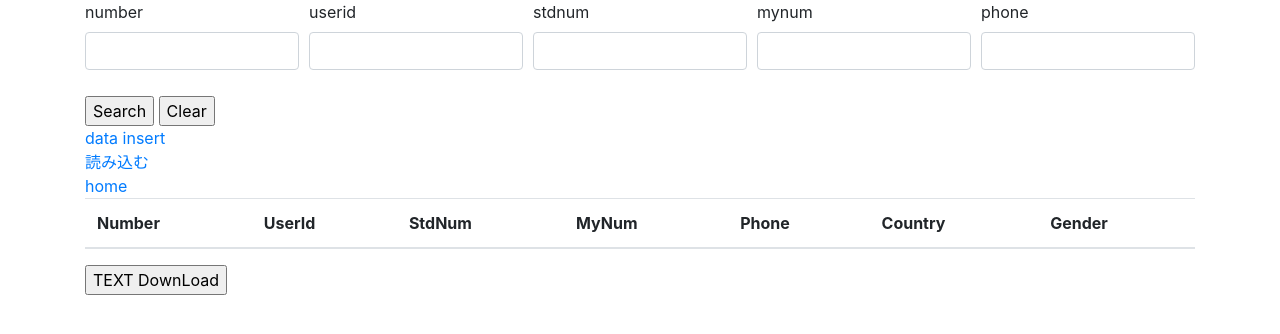
Repository: ken1087/practice
Page: http://localhost/pratice/WEB-INF/views/search.jsp
The author's editor kept a copy of each file at every save. The page is drawn from the files as they stood at one save, then again after the next save.
The browser window is 1280 px wide. The pictures show the whole page.
The page is served by Tomcat 9. Nobody is signed in. Other server files are loaded and not shown. The template is opened directly, without the code that normally fills it, so the values that code supplies are empty.

Above is the page before, as saved 2019-09-11 07:09:40.

### pratice/src/main/webapp/WEB-INF/views/search.jsp
<%@ page language="java" contentType="text/html; charset=UTF-8"
    pageEncoding="UTF-8"%>
<%@ taglib prefix="c" uri="http://java.sun.com/jsp/jstl/core" %>
<!DOCTYPE html>
<html lang="en">
<head>
    <meta charset="UTF-8">
    <title>kang homework</title>
    <link rel="stylesheet" href="https://maxcdn.bootstrapcdn.com/bootstrap/4.3.1/css/bootstrap.min.css">
    <script src="https://ajax.googleapis.com/ajax/libs/jquery/3.4.1/jquery.min.js"></script>
    <script src="https://cdnjs.cloudflare.com/ajax/libs/popper.js/1.14.7/umd/popper.min.js"></script>
    <script src="https://maxcdn.bootstrapcdn.com/bootstrap/4.3.1/js/bootstrap.min.js"></script>
    <style>
    	.search_box{
    		display: grid;
    		grid-template-columns: 1fr 1fr 1fr 1fr 1fr;
    		grid-gap: 10px;
    	}
    </style>
</head>
<body>

    <div class="container">
        <form action="/search" method="GET" autocomplete='off'>
            <div class="search_box">
            	<!---------------------------------------Primary Key 入力欄--------------------------------------->
                	<div class="form-group">
                		<label for="num">number</label>
                    	<input type="text" name="num" autocomplete="off" value="${num}" id="num" class="form-control">
                	</div>
                	<div class="form-group">
                		<label for="userid">userid</label>
                		<input type="text" name="userid" autocomplete="off" value="${userid}" id="userid" class="form-control">
                	</div>
                	<div class="form-group">
                		<label for="stdnum">stdnum</label>
                		<input type="text" name="stdnum" autocomplete="off" value="${stdnum}" id="stdnum" class="form-control">
                	</div>
                	<div class="form-group">
                		<label for="mynum">mynum</label>
                		<input type="text" name="mynum" autocomplete="off" value="${mynum}" id="mynum" class="form-control">
                	</div>
                	<div class="form-group">
                		<label for="phone">phone</label>
                		<input type="text" name="phone"  autocomplete="off" value="${phone}" id="phone" class="form-control">
                	</div>
              <div>
                    <input type="submit" value="Search">
                <!---------------------------------------Primary Key 入力欄--------------------------------------->

                    <input type="button" value="Clear" class="clear">


                </div>
                <script>
                	var num 		= 		document.querySelector("#num");
                	var userid 	= 		document.querySelector("#userid");
                	var stdnum 	= 		document.querySelector("#stdnum");
                	var mynum 	= 		document.querySelector("#mynum");
                	var phone 	= 		document.querySelector("#phone");

					$(".clear").click(function(){
						num.value 		= 		"";
						userid.value 		= 		"";
						stdnum.value	= 		"";
						mynum.value	= 		"";
						phone.value		= 		"";
					})
                </script>
            </div>
         	<div>
                <a href="/insert">data insert</a>	<!-- 15項目のデータを入力するページ移動  -->
            </div>
            <div>
                <a href="/read">読み込む</a>	 		<!-----　読み込む ------>
            </div>
            <div class="">
                <a href="/homework">home</a>	<!--http://localhost:8000/homework -->
            </div>
        </form>
        <table class="table">
            <thead>
                <tr>
                	<!--Primary　Keyの項目5個  -->
                    <th>Number</th>
                    <th>UserId</th>
                    <th>StdNum</th>
                    <th>MyNum</th>
                    <th>Phone</th>

					<!--項目2個追加表示  -->
                    <th>Country</th>
                    <th>Gender</th>
                </tr>
            </thead>
            <tbody>
            	<c:forEach  var="item" items="${search}">	<!-- 		Modelに格納したデータ（users） 		-->
            		<tr>
            			<!--Primary　Keyの項目5個  -->
                   		<td>${item.num}</td>
                   		<td>${item.userid}</td>
                   		<td>${item.stdnum}</td>
                   		<td>${item.mynum}</td>
                   		<td>${item.phone}</td>

                   		<!--項目2個追加表示  -->
                   		<td>${item.country}</td>
                   		<td>${item.gender}</td>
                	</tr>
            	</c:forEach>
            </tbody>
        </table>
        <div>
            <input type="button" id="download" value="TEXT DownLoad">
        </div>



    </div>
		<!-------------------------------------download Table------------------------------------->
        <table id="download_table" class="table" style="display:none">
            <thead>
                <tr>
                	<!--Primary　Keyの項目5個  -->
                    <th>Number</th>
                    <th>UserId</th>
                    <th>StdNum</th>
                    <th>MyNum</th>
                    <th>Phone</th>
					<th>Name</th><!--項目10個追加表示  -->
					<th>Password</th>
					<th>Address</th>
					<th>Email</th>
					<th>Title</th>
					<th>Content</th>
                    <th>Country</th>
                    <th>Gender</th>
                    <th>CreateDate</th>
                    <th>UpdateDate</th>
                </tr>
            </thead>
            <tbody>
            	<c:forEach  var="item" items="${search}">	<!-- 		Modelに格納したデータ（users） 		-->
            		<tr>
            			<!--Primary　Keyの項目5個  -->
                   		<td>${item.num}</td>
                   		<td>${item.userid}</td>
                   		<td>${item.stdnum}</td>
                   		<td>${item.mynum}</td>
                   		<td>${item.phone}</td>
                   		<td>${item.name}</td><!--項目10個  -->
                   		<td>${item.password}</td>
                   		<td>${item.addr}</td>
                   		<td>${item.email}</td>
                   		<td>${item.title}</td>
                   		<td>${item.content}</td>
                   		<td>${item.country}</td>
                   		<td>${item.gender}</td>
                   		<td>${item.createDate}</td>
                   		<td>${item.updateDate}</td>
                	</tr>
            	</c:forEach>
            </tbody>
        </table>
        <!-------------------------------------download Table------------------------------------->

    <script> //CSV FILE Download
	    function download_csv(csv, filename) {
	        var csvFile;
	        var downloadLink;

	        // CSV FILE
	        csvFile = new Blob([csv], {type: "text/csv"});	//データ保存するBlob関数に配列とTypeを入力

	        // Download link
	        downloadLink = document.createElement("a");	//	a domを作成

	        // File name
	        downloadLink.download = filename;	//filenameを付ける

	        // We have to create a link to the file
	        downloadLink.href = window.URL.createObjectURL(csvFile);	//作成したa domにlinkを付ける

	        // Make sure that the link is not displayed
	        downloadLink.style.display = "none";	// 作成したa linkを見えないようにする

	        // Lanzamos
	        downloadLink.click();	//自動にClickする
	    }

	    function export_table_to_csv(html, filename) {
	    	var csv = [];	//配列宣言
	    	var rows = document.querySelectorAll("#download_table tr");	//Tableのtrを全部探す

	        for (var i = 0; i < rows.length; i++) {	//trの数でfor文を利用する
	    		var row = [], cols = rows[i].querySelectorAll("td, th");	//cols = tr[i]の中にあるtd or thを全部探す

	            for (var j = 0; j < cols.length; j++)
	                row.push(cols[j].innerText);	//row配列にcolsのTextを挿入

	    		csv.push(row.join(","));	//csv配列に一つにした値を渡す
	    	}

	        // Download CSV
	        download_csv(csv.join("\n"), filename);	//download_csvの関数にcsvとファイル名を渡す
	    }

	    document.querySelector("#download").addEventListener("click", function () {	//　downloadと書いてあるIdをClickすると
	        var html = document.querySelector("#download_table").outerHTML;	//download_tableというClassの値を探す
	    	export_table_to_csv(html, "table.csv");	//	tableと保存するファイル名を関数export_table_to_csvに渡す
	    });
    </script>
</body>
</html>

After the next save:
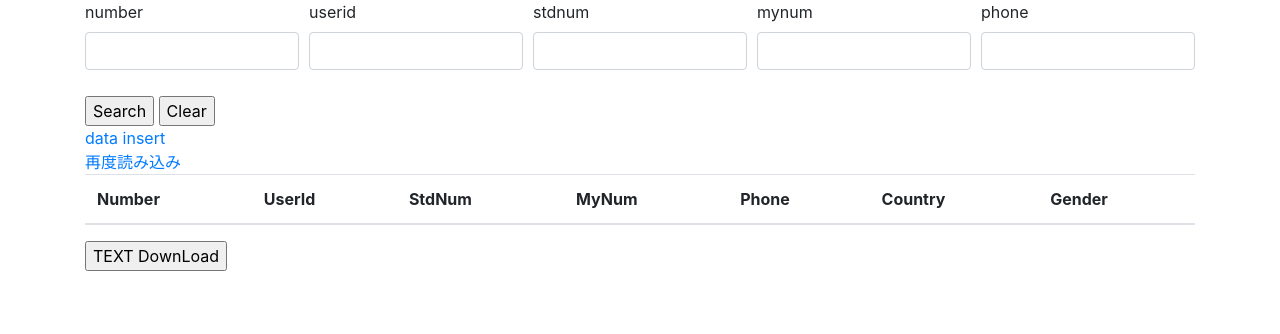
Saved 2 min 33 s later.
--- a/pratice/src/main/webapp/WEB-INF/views/search.jsp
+++ b/pratice/src/main/webapp/WEB-INF/views/search.jsp
@@ -71,11 +71,8 @@
          	<div>
                 <a href="/insert">data insert</a>	<!-- 15項目のデータを入力するページ移動  -->
             </div>
-            <div>
-                <a href="/read">読み込む</a>	 		<!-----　読み込む ------>
-            </div>
             <div class="">
-                <a href="/homework">home</a>	<!--http://localhost:8000/homework -->
+                <a href="/homework">再度読み込み</a>	<!--http://localhost:8000/homework -->
             </div>
         </form>
         <table class="table">
